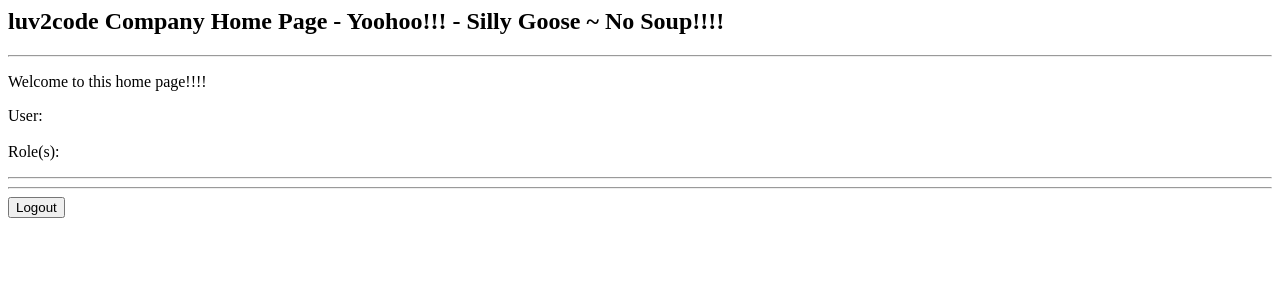
Repository: JT12s/Ecllipse-SpringPrcaticeProject
Page: http://localhost/spring-security-demo-07-user-roles/WEB-INF/view/home.jsp
These files come from the project's save history. The page is drawn as it stood at one moment and after the next save; the edit follows.
The browser window is 1280 px wide. The pictures show the whole page.
The page is served by Tomcat 9. Nobody is signed in. Other server files are loaded and not shown. The template is opened directly, without the code that normally fills it, so the values that code supplies are empty.

Above is the page before, as saved 2022-08-07 00:32:56.

### spring-security-demo-07-user-roles/src/main/webapp/WEB-INF/view/home.jsp
<%@ taglib prefix="form" uri="http://www.springframework.org/tags/form" %>
<%@ taglib prefix="security" uri="http://www.springframework.org/security/tags" %>

<html>

<head>

	<title>luv2code Company Home Page</title>
</head>

<body>
	<h2>luv2code Company Home Page - Yoohoo!!! - Silly Goose ~ No Soup!!!!</h2>
	<hr>

	<p>
	Welcome to this home page!!!!
	</p>

	<p>
		User: <security:authentication property="principal.username" />
		<br><br>
		Role(s):<security:authentication property="authorities"/>
	</p>

	<hr>

	<!-- Add a link to point to /leaders ... this is for the managers -->

	<hr>


	<!-- Add a logout button -->
	<form:form action="${pageContext.request.contextPath }/logout" method="POST">
		<input type="submit" value="Logout" />
	</form:form>
</body>

</html>

After the next save:
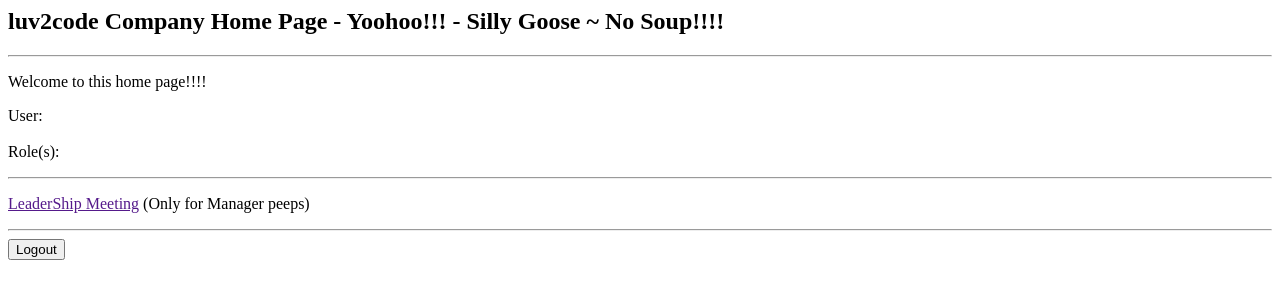
Saved 27 s later.
--- a/spring-security-demo-07-user-roles/src/main/webapp/WEB-INF/view/home.jsp
+++ b/spring-security-demo-07-user-roles/src/main/webapp/WEB-INF/view/home.jsp
@@ -26,6 +26,9 @@
 
 	<!-- Add a link to point to /leaders ... this is for the managers -->
 
+	<p>
+		<a href="">LeaderShip Meeting</a>
+		(Only for Manager peeps)
 	<hr>
 
 
